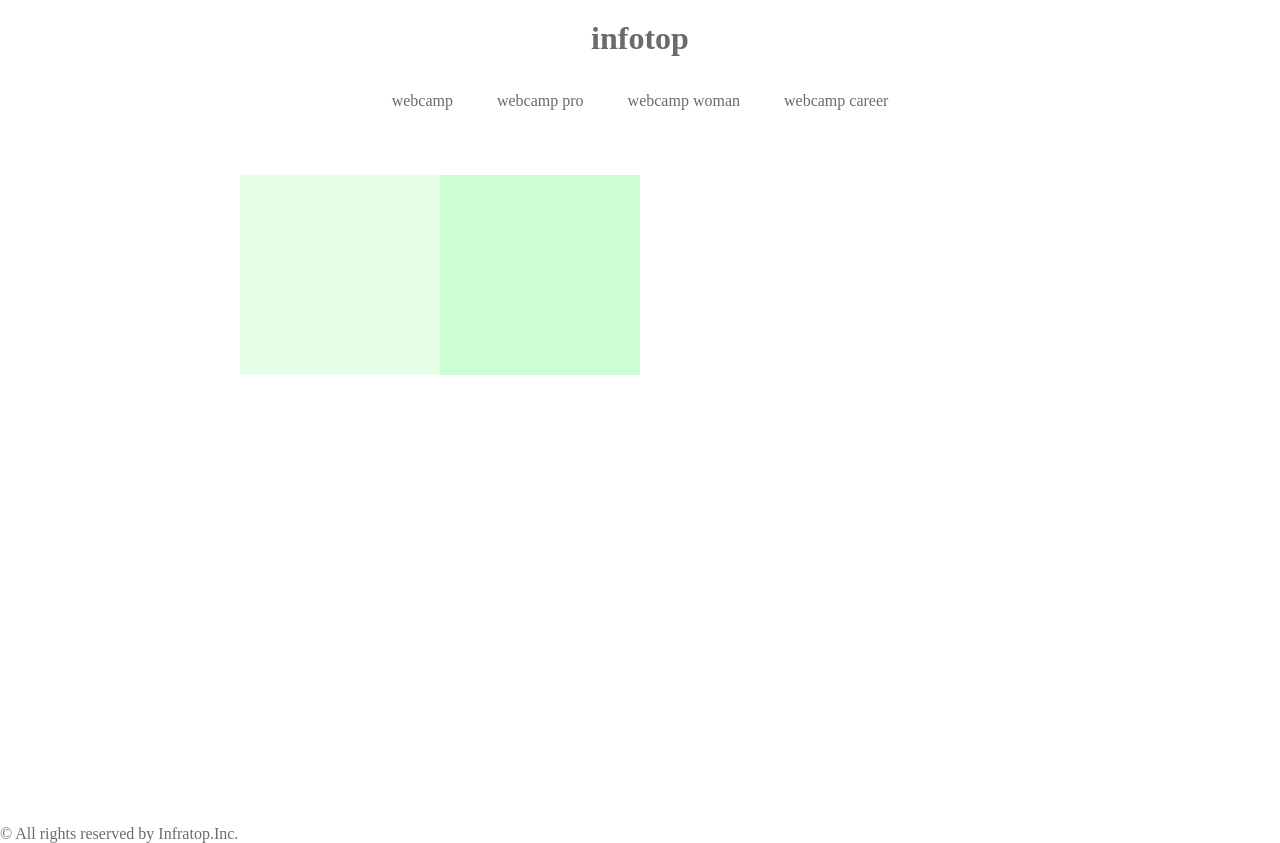
Repository: decknoboh/exercise1-8
Page: exercise1-5/index.html
The author's editor kept a record of every edit. The page is drawn from the files as they stood at one moment, then again after the next edit.
The browser window is 1280 px wide. The pictures show the whole page.

Above is the page before.

### exercise1-5/index.html
<!DOCTYPE html>
<html lang="ja">
  <head>
    <meta charset="utf-8" />
    <link rel="stylesheet" href="style.css" />
    <title>infratop</title>
  </head>

  <body>
    <header>
      <h1>
        <a href="index.html">
          infotop
        </a>
      </h1>
    </header>
    <nav>
    <ul class="nav-list">
      <li class="nav-list-item">
        <a href="index.html">webcamp</a>
      </li>
      <li class="nav-list-item">
        <a href="index.html">webcamp pro</a>
      </li>
      <li class="nav-list-item">
        <a href="index.html">webcamp woman</a>
      </li>
      <li class="nav-list-item">
        <a href="index.html">webcamp career</a>
      </li>
    </ul>
    </nav>
    <div class="main">
      <div class="box1"></div>
      <div class="box2"></div>
      <div class="box3"></div>
      <div class="box4"></div>
      <div class="box5"></div>
      <div class="box6"></div>
      <div class="box7"></div>
      <div class="box8"></div>
      <div class="box9"></div>
      <div class="box10"></div>
      <div class="box11"></div>
      <div class="box12"></div>
    </div>
    <footer>
      <p class="footer-text">© All rights reserved by Infratop.Inc.</p>
    </footer>
  </body>
</html>

### exercise1-5/style.css
*{
  margin: 0;
  padding: 0;
  box-sizing: border-box;
  color: #6c6b6b;
}

a{
  text-decoration: none;
}

header{
  width: 100%;
  padding: 20px 0;
  text-align: center;
}

.nav-list{
  text-align: center;
  padding: 15px 0;
  margin: 0 auto;
}

.nav-list-item{
  list-style: none;
  display: inline-block;
  margin: 0 20px;
}

.main{
  width: 800px;
  margin: 50px auto;
  display: flex;
  flex-wrap: wrap;
}

.box1{
  width: 200px;
  height: 200px;
  background-color: #e6ffe9;
}

.box2{
  width: 200px;
  height: 200px;
  background-color: #cbffd3;
}

.box3{
  width: 200px;
  height: 200px;
  background-color:
}

.box4{
  width: 200px;
  height: 200px;
  background-color:
}

.box5{
  width: 200px;
  height: 200px;
  background-color:
}

.box6{
  width: 200px;
  height: 200px;
  background-color:
}

.box7{
  width: 200px;
  height: 200px;
  background-color:
}

.box8{
  width: 200px;
  height: 200px;
  background-color:
}

.box9{
  width: 200px;
  height: 200px;
  background-color:
}

.box10{
  width: 200px;
  height: 200px;
  background-color:
}

.box11{
  width: 200px;
  height: 200px;
  background-color:
}

.box12{
  width: 200px;
  height: 200px;
  background-color:
}

After the next edit:
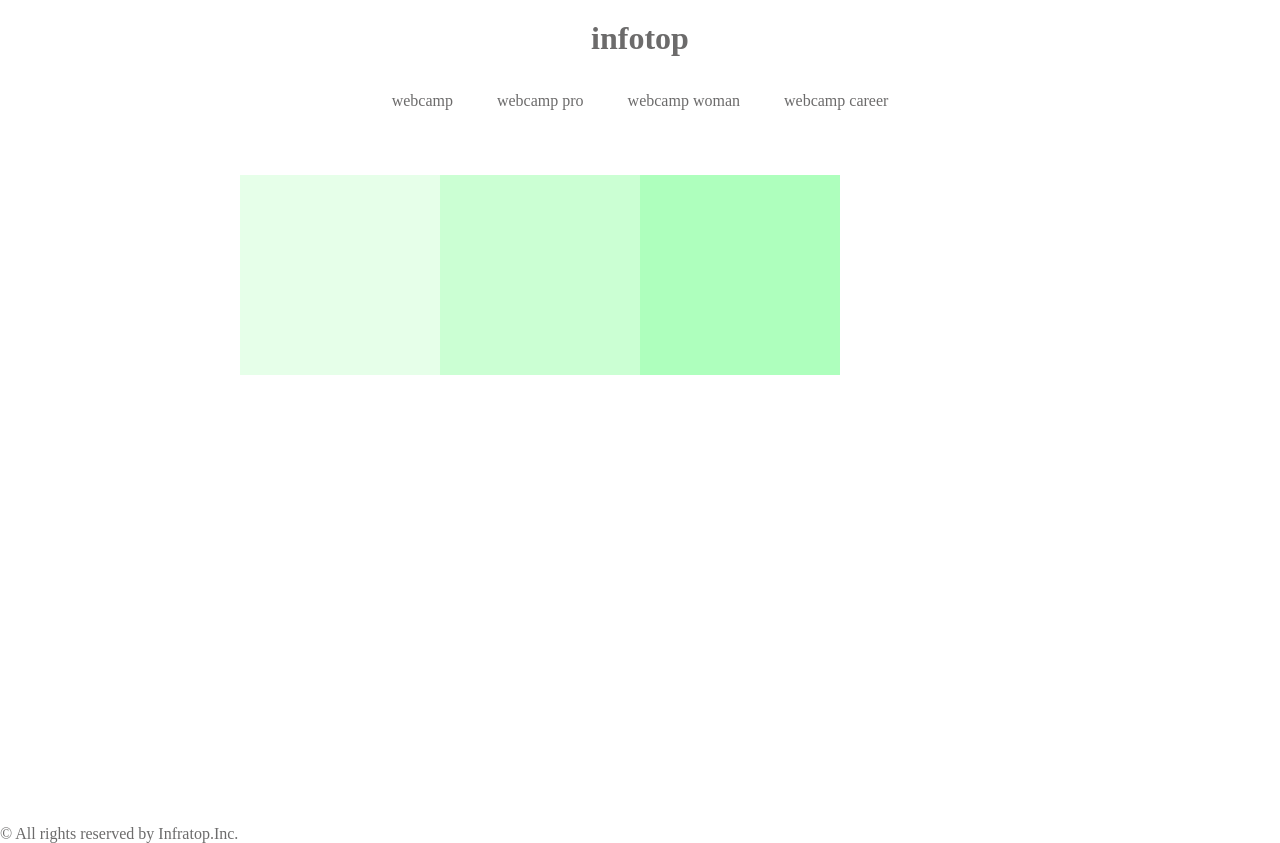
The edit:
--- a/exercise1-5/style.css
+++ b/exercise1-5/style.css
@@ -49,7 +49,7 @@
 .box3{
   width: 200px;
   height: 200px;
-  background-color:
+  background-color: #aeffbd;
 }
 
 .box4{
